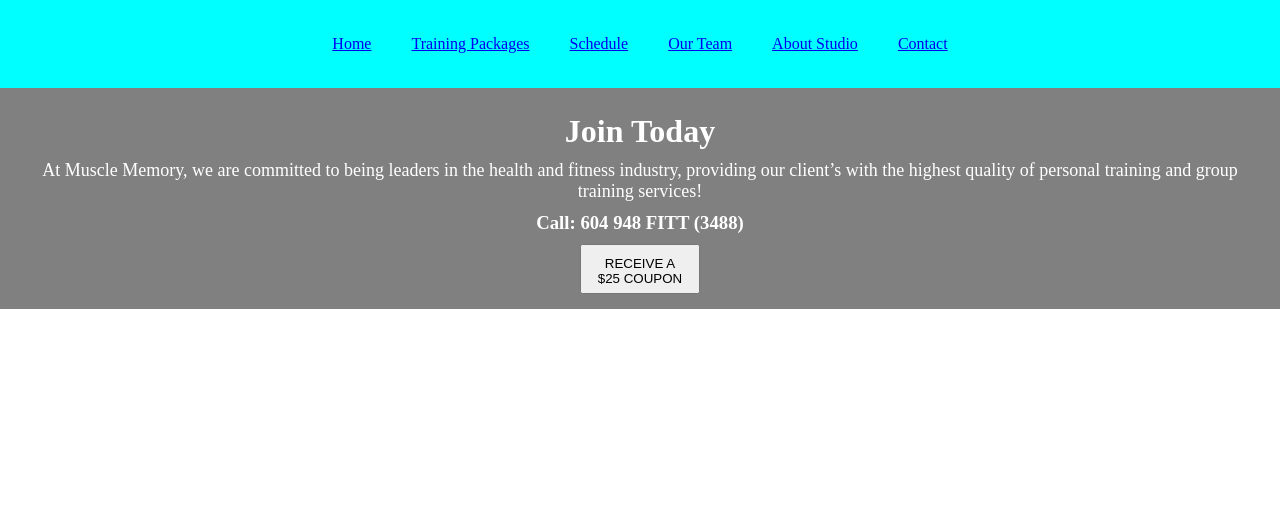
Repository: MujtabaHabib/muscle-memory-website
Page: index.html
These files come from the project's save history. The page is drawn as it stood at one moment and after a run of saves; the edit follows.
The browser window is 1280 px wide. The pictures show the whole page.

Above is the page before, as saved 2026-01-27 02:24:31.

After the next 8 saves:
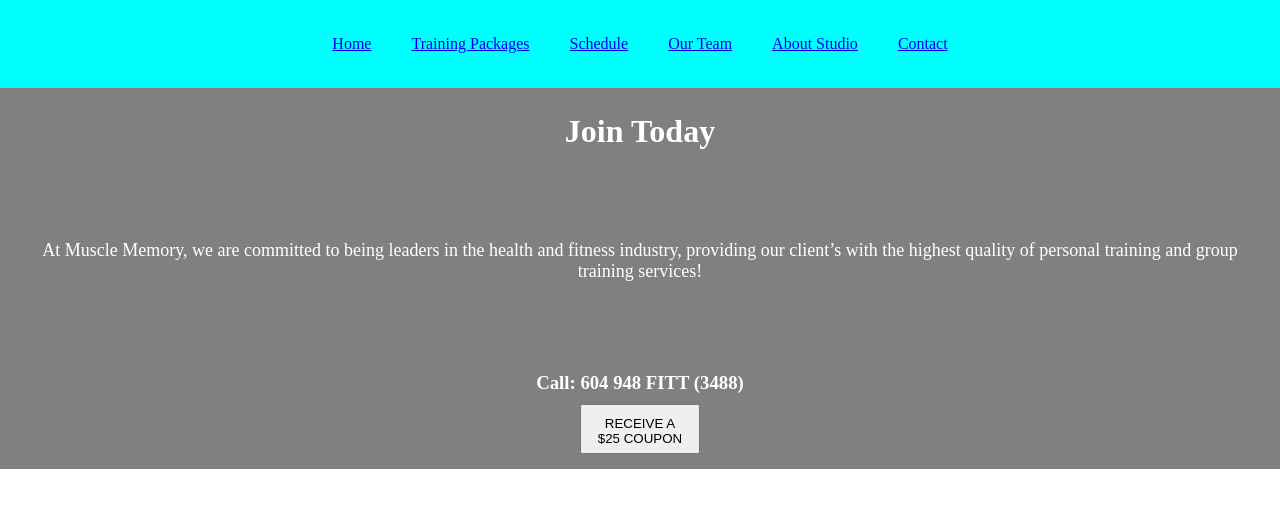
The 8 saves are shown as one change because they came seconds apart.
The last was saved 14 s later.
--- a/style.css
+++ b/style.css
@@ -59,5 +59,5 @@
 }
 .details p{
     font-size: 18px;
-    padding: 0px;
+    padding:80px 0 80px;
 }
